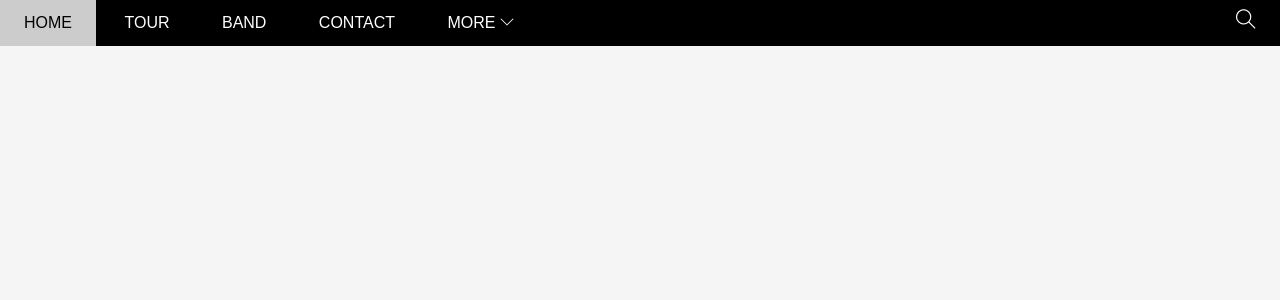
Repository: ducvui2003/LTCB
Page: index.html
An editor plug-in stored every save of this project. The page is shown before and after the next save, followed by the edit.
The browser window is 1280 px wide. The pictures show the whole page.
The pointer rests on the first visible `#header .search-button`.

Above is the page before, as saved 2022-01-05 21:38:05.

### index.html
<!DOCTYPE html>
<html lang="en">

<head>
    <meta charset="UTF-8">
    <meta http-equiv="X-UA-Compatible" content="IE=edge">
    <meta name="viewport" content="width=device-width, initial-scale=1.0">
    <title>The Band W3_School</title>
    <link rel="stylesheet" href="./assest/Css/styles.css">
    <link rel="stylesheet" href="./assest/Fonts/themify-icons-font (1)/themify-icons/themify-icons.css">
</head>

<body>
    <div id="main">
        <div id="header">
            <!-- Begin: Nav -->
            <ul id="nav">
                <li>
                    <a href="">Home</a>
                </li>
                <li>
                    <a href="">Tour</a>
                </li>
                <li>
                    <a href="">Band</a>
                </li>
                <li>
                    <a href="">Contact</a>
                </li>
                <li>
                    <a href="">
                      More
                      <!-- icons -->
                      <i class="nav-arrow-down ti-angle-down"></i>
                    </a>
                    <ul class="subnav">
                        <li>
                            <a href="">Merchandise</a>
                        </li>
                        <li>
                            <a href="">Extras</a>
                        </li>
                        <li>
                            <a href="">Media</a>
                        </li>
                    </ul>
                </li>
            </ul>
            <!-- End: Nav -->
            <!-- Begin: Search button -->
            <div class="search-button">
                <i class="search-icon ti-search"></i>
            </div>
            <!-- End: Search button -->
        </div>
        <div id="slides"></div>
        <div id="content"></div>
        <div id="footer"></div>
    </div>
</body>

</html>

### assest/Css/styles.css
* {
    padding: 0;
    margin: 0;
    box-sizing: border-box;
}

html {
    font-family: Arial, Helvetica, sans-serif;
}

#main {}

#header {
    height: 46px;
    background-color: black;
}

#nav {
    display: inline-block;
    /* display để thẻ nav chỉ dài đúng nội dung của nó thôi */
}

#nav,
.subnav {
    list-style: none;
}

#nav>li {
    display: inline-block;
}

#nav li {
    position: relative;
}

#nav>li>a {
    color: white;
    text-transform: uppercase;
    /* chinh chu thuong thanh hoa */
}

#nav li a {
    text-decoration: none;
    line-height: 46px;
    padding: 0 24px;
    display: block;
}

#nav li:hover .subnav {
    display: block;
}

#nav>li:hover>a,
#nav .subnav li:hover a {
    background-color: #ccc;
    color: black;
}

#nav li:hover a {
    /* line-height: 46px; */
}

#nav .subnav {
    display: none;
    position: absolute;
    top: 46px;
    background-color: #fff;
    box-shadow: 0 0 10px rgba(0, 0, 0, 0.3);
}

#nav .subnav li a {
    color: black;
    padding: 0 16px;
    line-height: 38px;
    width: 160px;
}

#nav .nav-arrow-down {
    font-size: 14px;
}

#slides {
    min-height: 300px;
    background-color: whitesmoke;
}

#header .search-button {
    float: right;
    /* thẻ search-button là thẻ div, có tính kế thừa chiều ngang, nên khi float vào sẽ vô hiệu hoá tính kế thừa chiều ngang đó */
    line-height: 46px;
    padding: 0 24px;
}

#header .search-icon {
    color: white;
    font-size: 20px;
}

#content {}

#footer {}

Loaded but not shown: assest/Fonts/themify-icons-font (1)/themify-icons/themify-icons.css (common file)

After the next save:
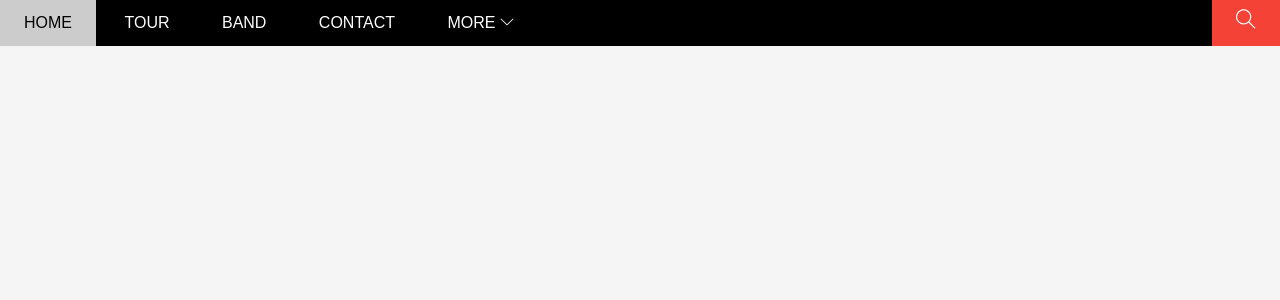
Saved 109 s later.
--- a/assest/Css/styles.css
+++ b/assest/Css/styles.css
@@ -91,6 +91,10 @@
     padding: 0 24px;
 }
 
+#header .search-button:hover {
+    background-color: #f44336;
+}
+
 #header .search-icon {
     color: white;
     font-size: 20px;
